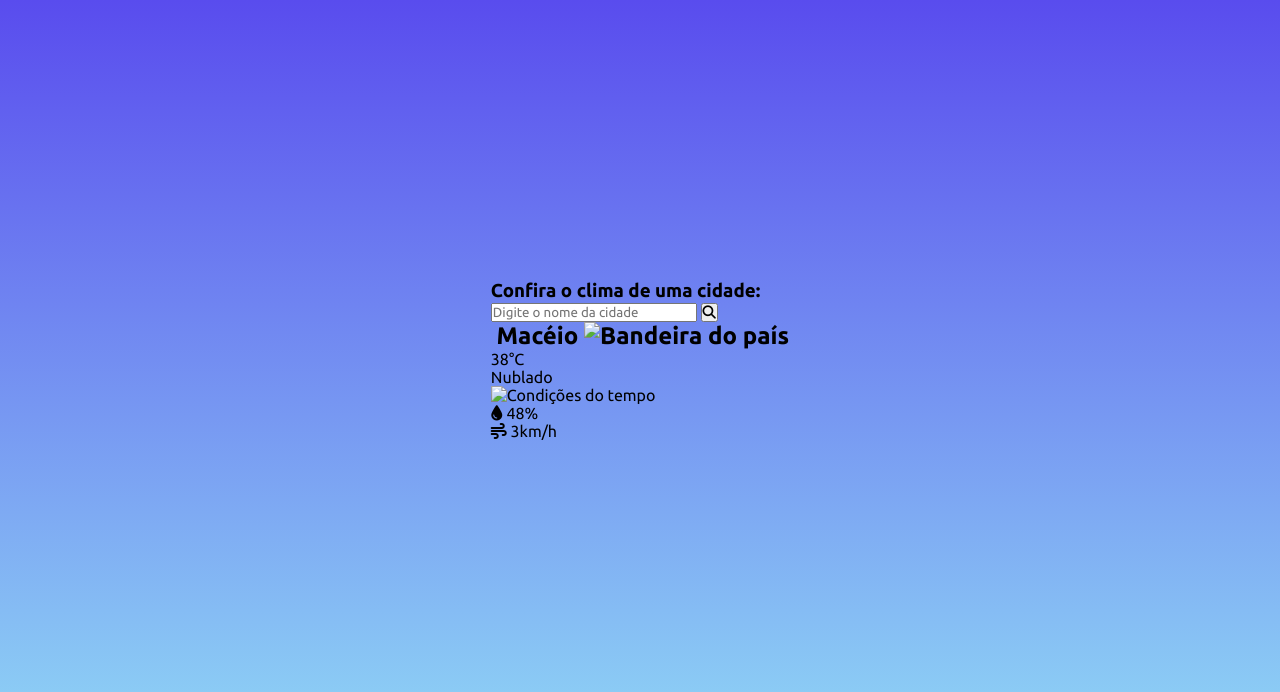
Repository: willamesalmeida/Clima
Page: index.html
The author's editor kept a copy of each file at every save. The page is drawn from the files as they stood at one save, then again after the next save.
The browser window is 1280 px wide. The pictures show the whole page.

Above is the page before, as saved 2022-09-19 16:14:01.

### index.html
<!DOCTYPE html>
<html lang="en">
  <head>
    <meta charset="UTF-8" />
    <meta http-equiv="X-UA-Compatible" content="IE=edge" />
    <meta name="viewport" content="width=device-width, initial-scale=1.0" />
    <title>Clima</title>
    <link rel="stylesheet" href="css/styles.css" />
    <!-- Google Fonts -->
    <link rel="preconnect" href="https://fonts.googleapis.com" />
    <link rel="preconnect" href="https://fonts.gstatic.com" crossorigin />
    <link
      href="https://fonts.googleapis.com/css2?family=Roboto+Flex:opsz,wght@8..144,400;8..144,500&family=Roboto:ital,wght@0,100;0,300;0,400;0,500;0,700;0,900;1,100;1,300;1,400;1,500;1,700;1,900&family=Ubuntu:ital,wght@0,300;0,400;0,500;0,700;1,300;1,400;1,500;1,700&display=swap"
      rel="stylesheet"
    />
    <!-- Font Awesome -->
    <link
      rel="stylesheet"
      href="https://cdnjs.cloudflare.com/ajax/libs/font-awesome/6.2.0/css/all.min.css"
      integrity="sha512-xh6O/CkQoPOWDdYTDqeRdPCVd1SpvCA9XXcUnZS2FmJNp1coAFzvtCN9BmamE+4aHK8yyUHUSCcJHgXloTyT2A=="
      crossorigin="anonymous"
      referrerpolicy="no-referrer"
    />

    <script src="js/script.js"></script>
  </head>
  <body>
    <div class="container">
      <div class="form">
        <h3>Confira o clima de uma cidade:</h3>
        <div class="form-input-container">
          <input
            type="text"
            placeholder="Digite o nome da cidade"
            id="city-input"
          />
          <button id="search">
            <i class="fa-solid fa-magnifying-glass"></i>
          </button>
        </div>
      </div>
      <div id="weather-data">
        <h2>
            <i class="fa-solid fa.location-dot"></i>
            <span id="city"> Macéio</span>
            <img src="" alt="Bandeira do país" id="country"/>
        </h2>
        <p id="temperature"><span>38</span>&deg;C</p>
        <div id="description-container">
            <p id="descrition">Nublado</p>
            <img src="" alt="Condições do tempo" id="weather-icon">
        </div>
        <div id="datails-container">
            <p id="umidity">
                <i class="fa-solid fa-droplet"></i>
                <span>48%</span>
            </p>
            <p id="wind">
                <i class="fa-solid fa-wind"></i>
                <span>3km/h</span>
            </p>
        </div>
      </div>
    </div>
  </body>
</html>

### css/styles.css
/* Geral */
*{
    padding: 0;
    margin: 0;
    font-family: "ubuntu", sans-serif;
}

body{
    background: linear-gradient(180deg, rgba(89,76,238,1)0%, #8dd0f5 100%);
    display: flex;
    justify-content: center;
    align-items: center;
    height: 100vh;
}
.hide{
    display: none;
}

### js/script.js
//chave da API
//f5efb8fb1dbd3febf146ae616cdf96b5

After the next save:
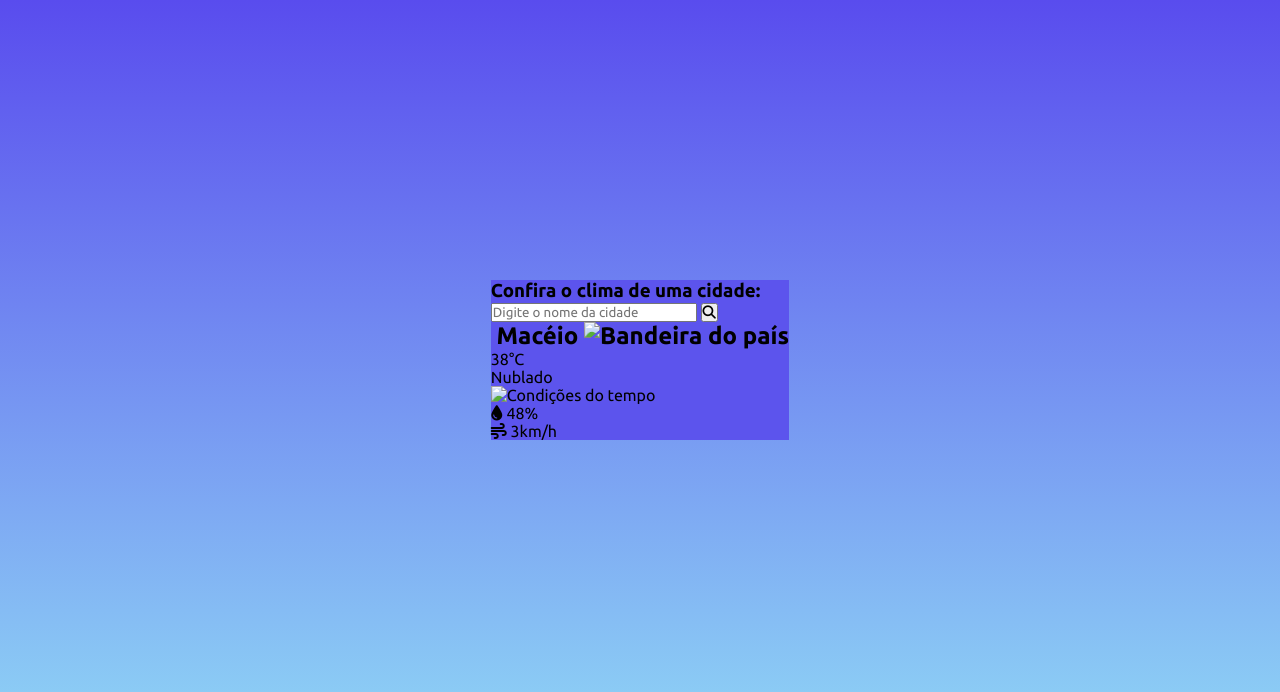
Saved 23 s later.
--- a/css/styles.css
+++ b/css/styles.css
@@ -15,3 +15,7 @@ body{
 .hide{
     display: none;
 }
+
+.container{
+    background-color: #5c54ed;
+}
